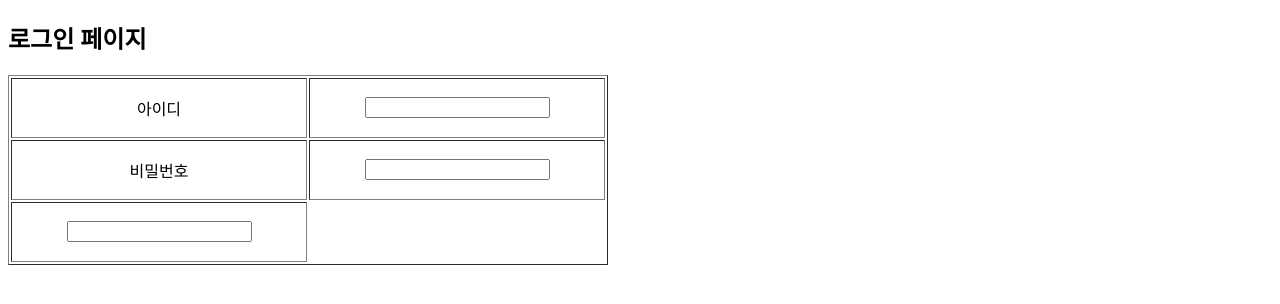
Repository: kkj68106810-dot/jsp2026
Page: http://localhost/chapter01/Request/RequestLogin.jsp
The author's editor kept a copy of each file at every save. The page is drawn from the files as they stood at one save, then again after the next save.
The browser window is 1280 px wide. The pictures show the whole page.
The page is served by Tomcat 9.

Above is the page before, as saved 2026-10-19 05:49:21.

After the next save:
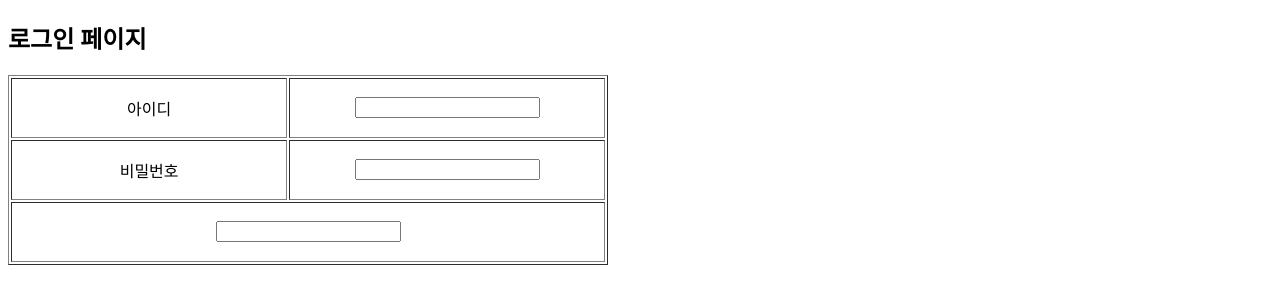
Saved 20 s later.
--- a/chapter01/src/main/webapp/Request/RequestLogin.jsp
+++ b/chapter01/src/main/webapp/Request/RequestLogin.jsp
@@ -25,8 +25,7 @@
 					</td>
 				</tr>
 				<tr height="60">
-
-					<td align="center" width="350">
+					<td colspan="2" align="center" width="150">
 						<input type="password" name="pass">
 					</td>
 				</tr>
